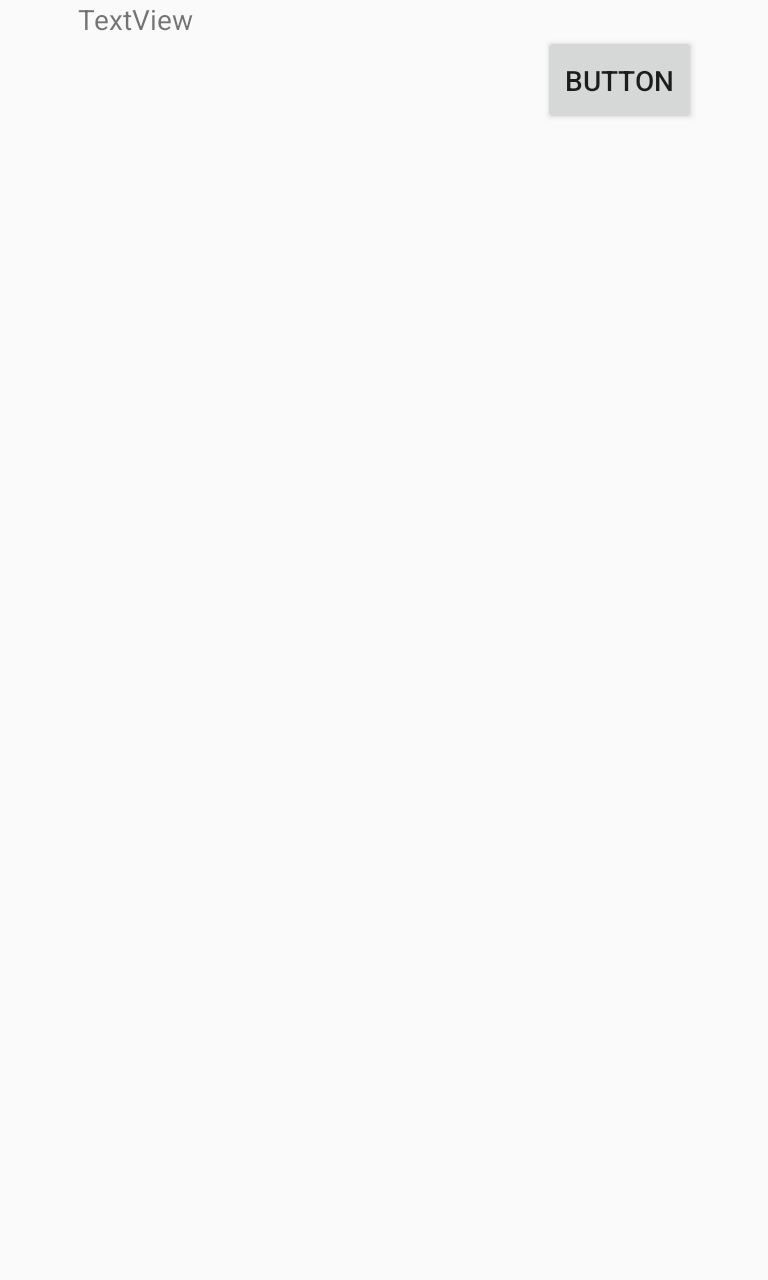
Repository: HelloLZ/WeatherReport
Layout: SunnyWeather/SunnyWeather/res/layout/item_city_list.xml
The author's editor kept a copy of each file at every save. The layout is drawn from the files as they stood at one save, then again after the next save.
It is drawn on a 768 x 1280 px phone screen (xhdpi) without system bars, with theme AppTheme; the app's code is not run.

Above is the layout before, as saved 2014-10-22 11:59:00.

After the next save:
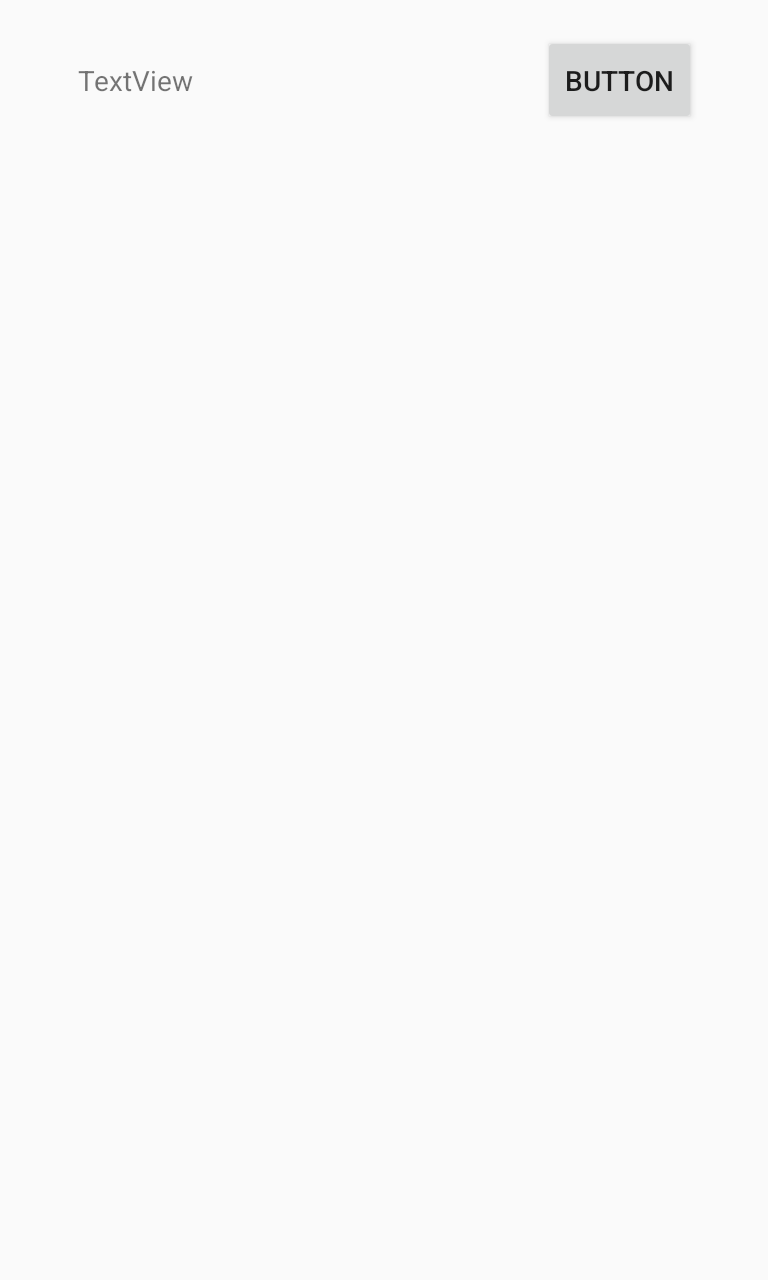
Saved 8 s later.
--- a/SunnyWeather/SunnyWeather/res/layout/item_city_list.xml
+++ b/SunnyWeather/SunnyWeather/res/layout/item_city_list.xml
@@ -7,8 +7,8 @@
         android:id="@+id/textView_mycity"
         android:layout_width="wrap_content"
         android:layout_height="wrap_content"
-        android:layout_alignBaseline="@+id/button1"
-        android:layout_alignBottom="@+id/button1"
+        android:layout_alignBaseline="@+id/button_delect_mycity"
+        android:layout_alignBottom="@+id/button_delect_mycity"
         android:layout_alignParentLeft="true"
         android:layout_marginLeft="39dp"
         android:text="TextView" />
